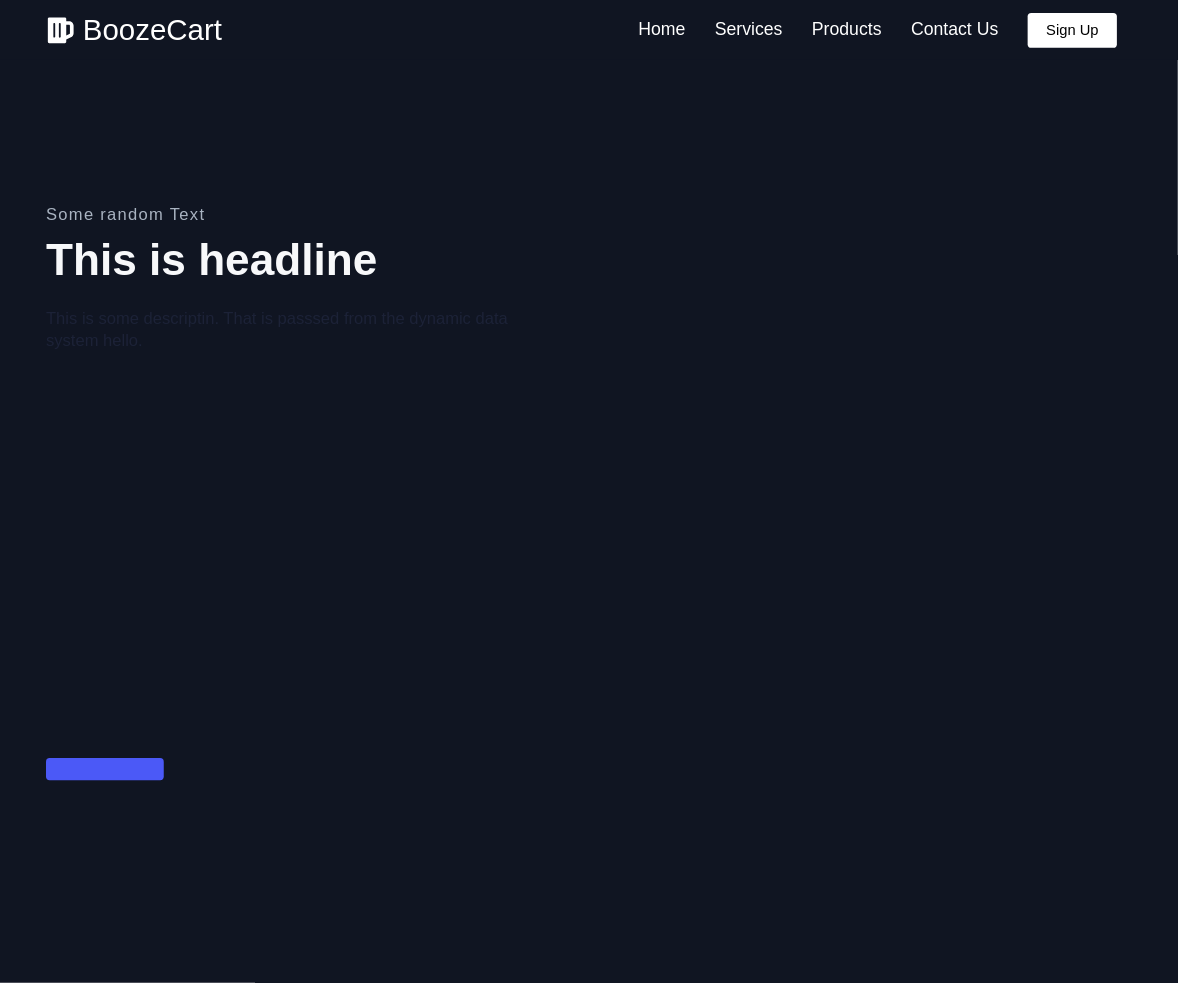
Repository: ajaygc95/Django-and-react
Page: / (app in galamart_sell/boozecart/)
These files come from the project's save history. The page is drawn as it stood at one moment and after a run of saves; the edit follows.
The browser window is 1280 px wide. The pictures show the whole page, at 92% of full size.
The project was rebuilt for these pictures with package versions that can differ from the ones it lists, and the page was loaded fresh each time.

Above is the page before, as saved 2021-04-12 23:57:54.

After the next 2 saves:
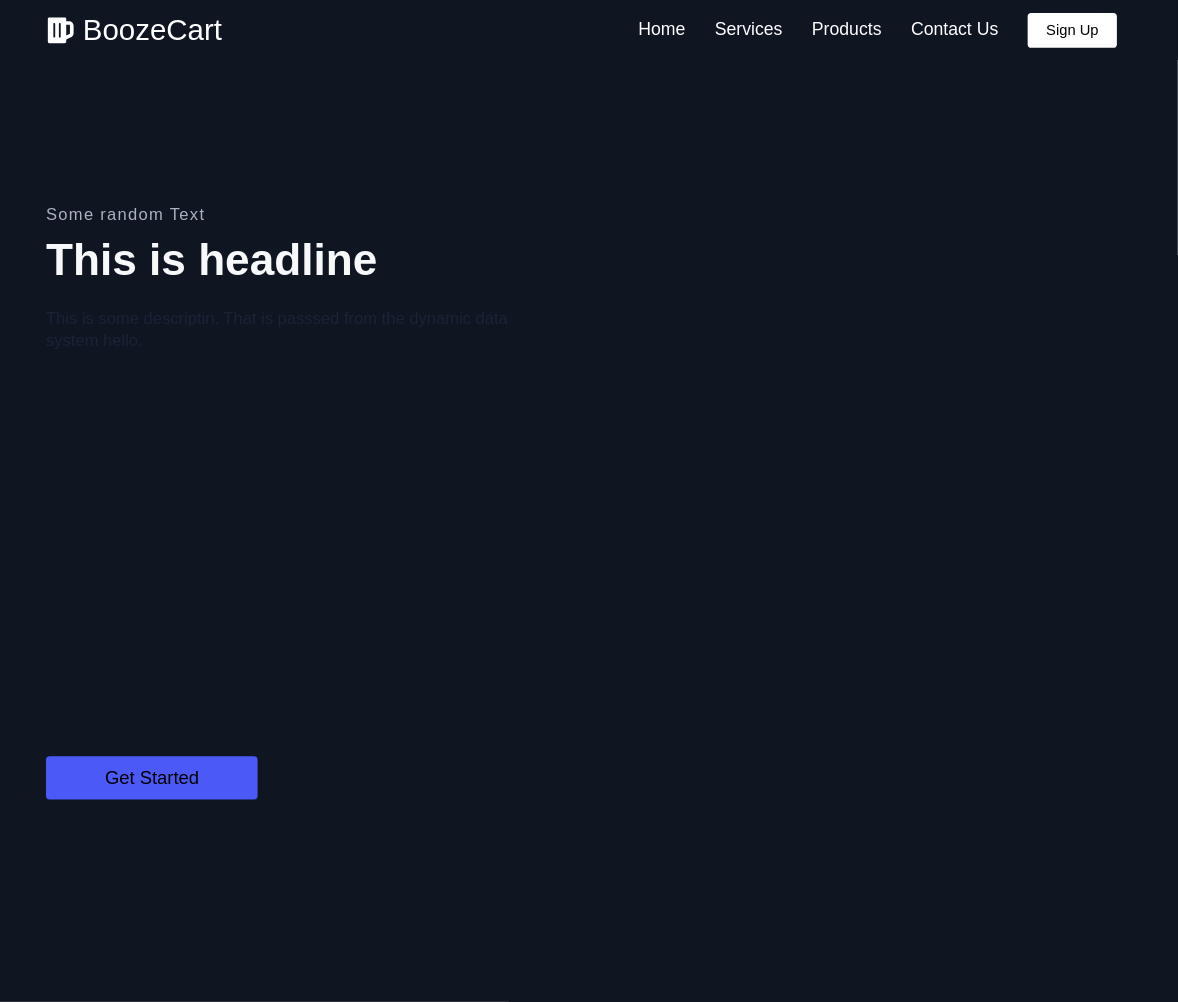
The 2 saves are shown as one change because they came seconds apart.
The last was saved 19 s later.
--- a/galamart_sell/boozecart/src/components/InfoSection/InfoSection.js
+++ b/galamart_sell/boozecart/src/components/InfoSection/InfoSection.js
@@ -34,7 +34,9 @@ const InfoSection = ({
                 <Heading lightText={lightText}>{headline}</Heading>
                 <Subtitle lightText={lightTextDesc}>{description}</Subtitle>
                 <Link tp="/sign-up">
-                  <Button big fontBig primary={primary}></Button>
+                  <Button big fontBig primary={primary}>
+                    {buttonLabel}
+                  </Button>
                 </Link>
               </TextWrapper>
             </InfoColumn>
